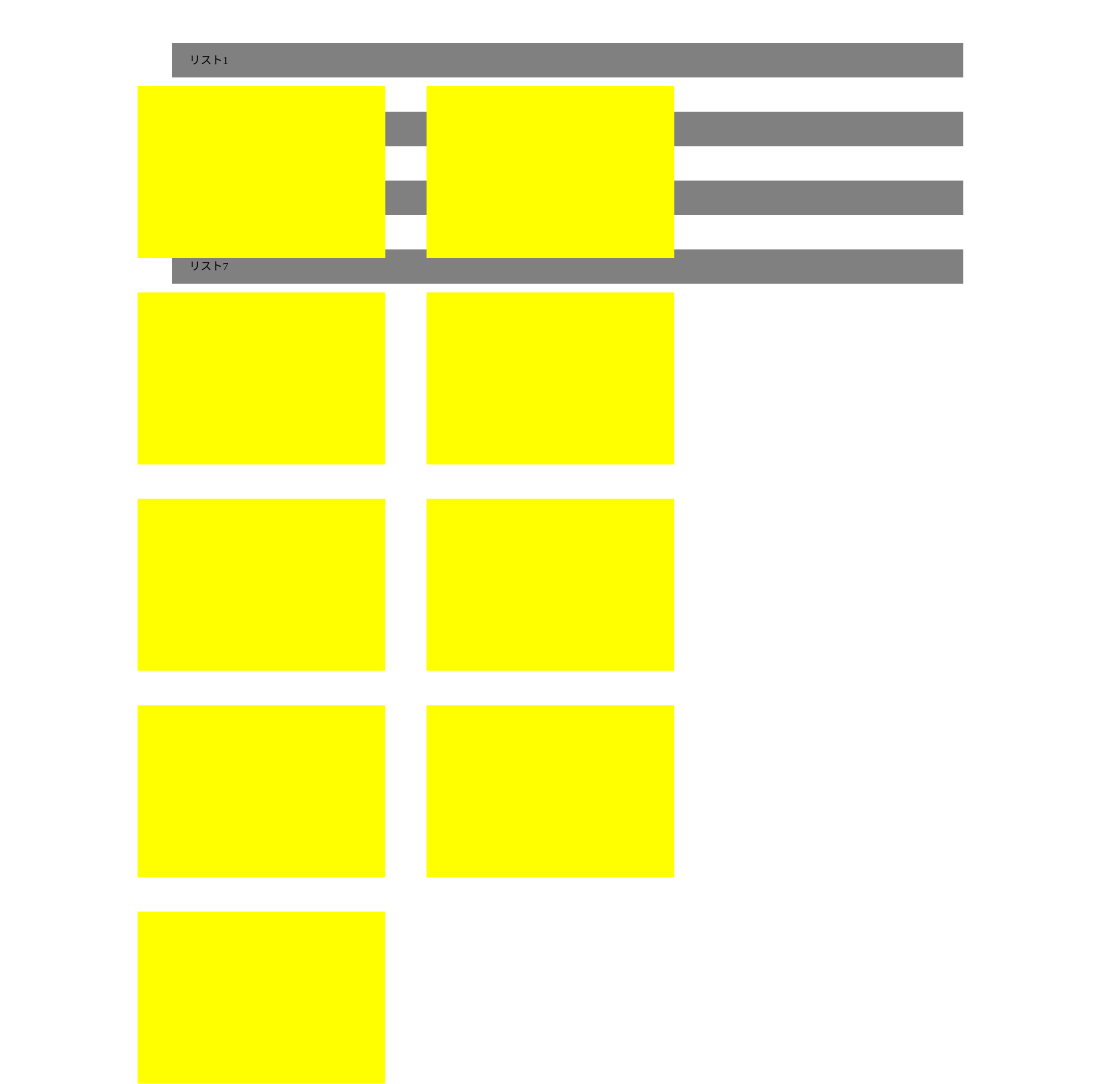
Repository: MWSO/Study_java
Page: 1-8/1-8.html
The author's editor kept a record of every edit. The page is drawn from the files as they stood at one moment, then again after the next edit.
The browser window is 1280 px wide. The pictures show the whole page, at 86% of full size.

Above is the page before.

### 1-8/1-8.html
<!DOCTYPE html>
<html lang="ja">
  <head>
    <meta charset="utf-8" />
    <link rel="stylesheet" href="1-8.css"/>
    <title>1-8 演習</title>
  </head>

  <body>
    <main>
      <section class="list-all">
       <ul>
         <li class="list">リスト1</li>
         <li class="list">リスト2</li>
         <li class="list">リスト3</li>
         <li class="list">リスト4</li>
         <li class="list">リスト5</li>
         <li class="list">リスト6</li>
         <li class="list">リスト7</li>
       </ul>
      </section>

      <section class="image">
        <div class="image-box">
          <div class="image-box-color"></div>
          <div class="image-box-color"></div>
          <div class="image-box-color"></div>
          <div class="image-box-color"></div>
          <div class="image-box-color"></div>
          <div class="image-box-color"></div>
          <div class="image-box-color"></div>
          <div class="image-box-color"></div>
          <div class="image-box-color"></div>
        </div>
      </section>

    </main>


  </body>
</html>

### 1-8/1-8.css
*{
  margin: 0;
  height: 0;
  box-sizing: border-box;
}

main{
  width: 960px;
  margin: 50px auto;

}

.list-all{
  margin-bottom: 50px;
}

.list{
  padding: 20px;
  list-style: none;
  line-height: 0.8px;
  font-size: small;
}

.list:nth-child(odd){
  background-color: gray;
}

.image-box{
 display: flex;
 flex-wrap: wrap;
}

.image-box-color{
  width: 30%;
  height: 200px;
  margin-right: 5%;
  margin-bottom: 40px;
  background-color: yellow;
}

.image-box-color:nth-child(1)
.image-box-color:nth-child(5)
.image-box-color:nth-child(9){
  background-color: orange;
}

.image-box-color:nth-child(3)
.image-box-color:nth-child(6)
.image-box-color:nth-child(9){
  margin-right: 0;
}
.image-box-color:nth-child(7)
.image-box-color:nth-child(8)
.image-box-color:nth-child(9){
  margin-bottom: 0;
}

After the next edit:
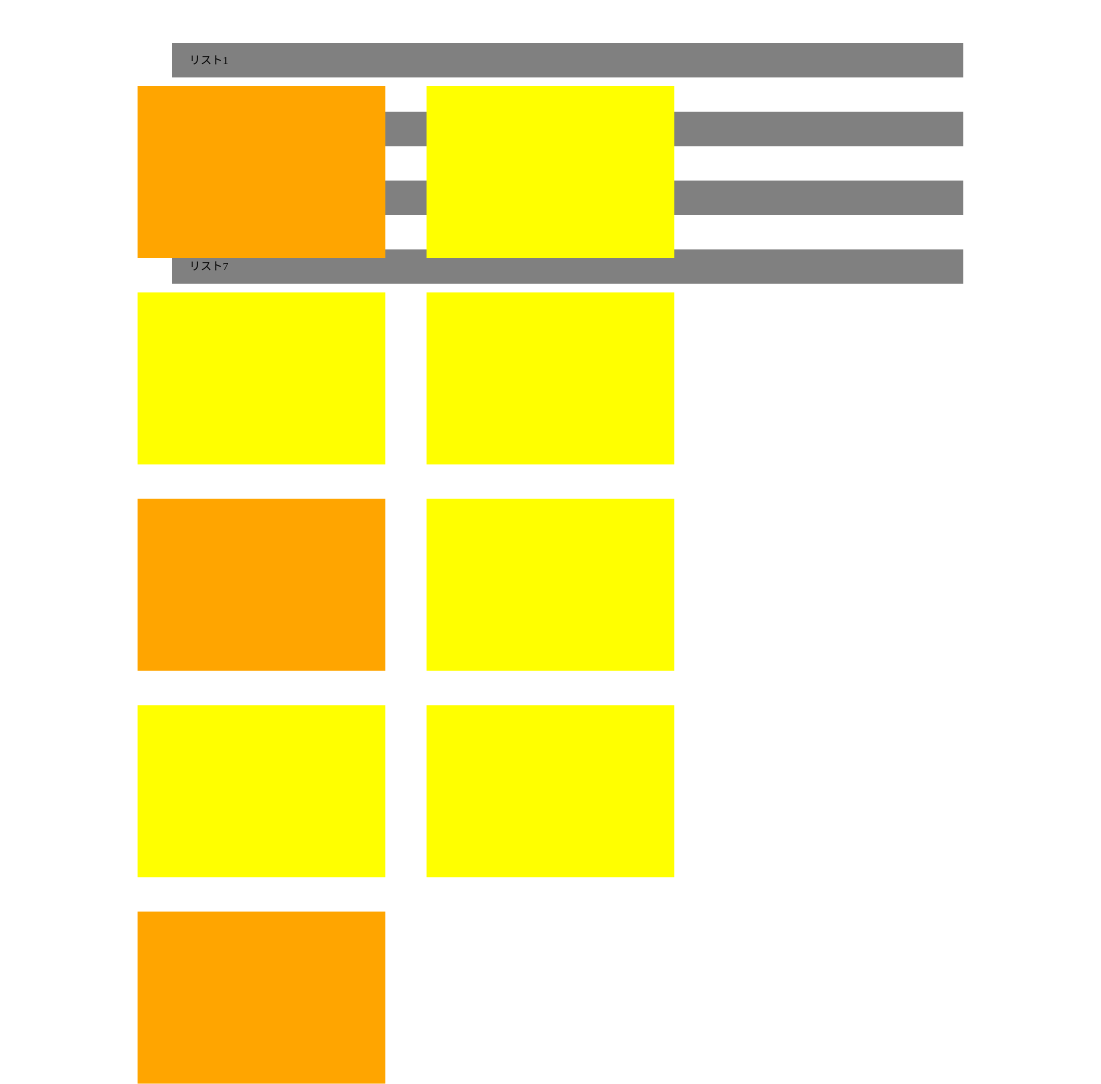
The edit:
--- a/1-8/1-8.css
+++ b/1-8/1-8.css
@@ -38,8 +38,8 @@
   background-color: yellow;
 }
 
-.image-box-color:nth-child(1)
-.image-box-color:nth-child(5)
+.image-box-color:nth-child(1),
+.image-box-color:nth-child(5),
 .image-box-color:nth-child(9){
   background-color: orange;
 }
